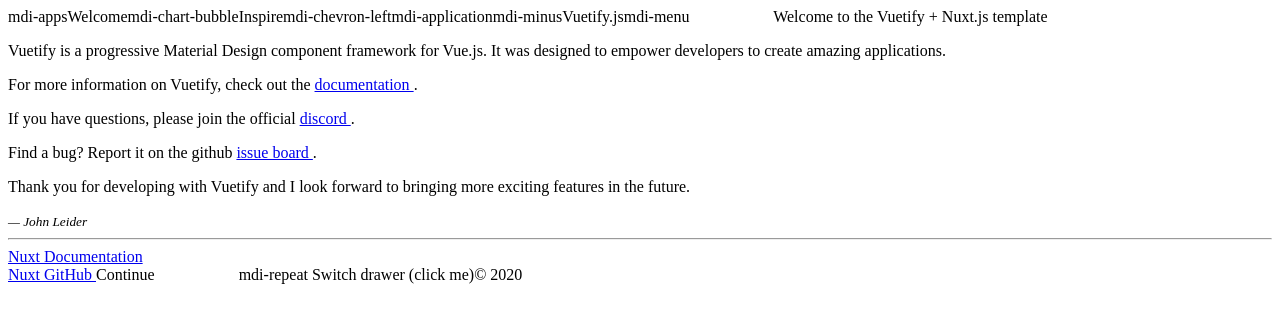
Repository: Natanhel/WhatZapp
Page: /
The author's editor kept a copy of each file at every save. The page is drawn from the files as they stood at one save, then again after the next save.
The browser window is 1280 px wide. The pictures show the whole page.
The project was rebuilt for these pictures with package versions that can differ from the ones it lists, and the page was loaded fresh each time. The framework's server and built-in components were replaced by stand-ins that run in the browser. Also part of the build but not shown: layouts/error.vue.

Above is the page before, as saved 2020-04-01 15:04:30.

After the next save:
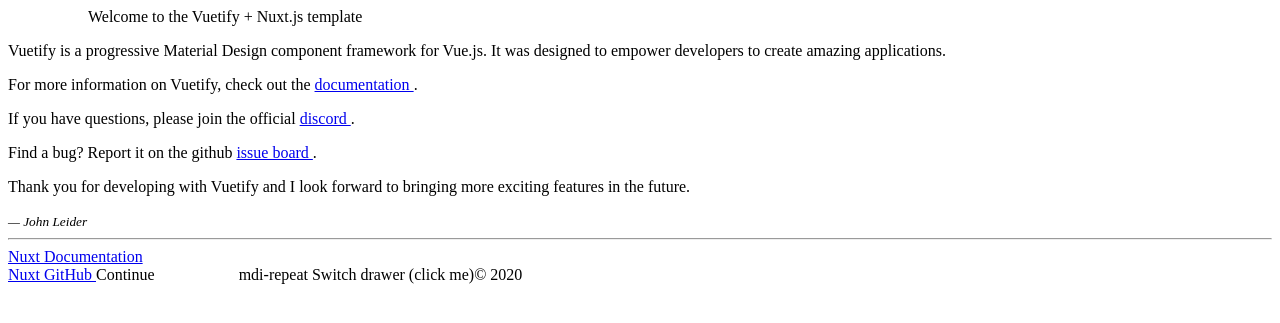
Saved 29 s later.
--- a/layouts/default.vue
+++ b/layouts/default.vue
@@ -1,62 +1,5 @@
 <template>
   <v-app dark>
-    <v-navigation-drawer
-      v-model="drawer"
-      :mini-variant="miniVariant"
-      :clipped="clipped"
-      fixed
-      app
-    >
-      <v-list>
-        <v-list-item
-          v-for="(item, i) in items"
-          :key="i"
-          :to="item.to"
-          router
-          exact
-        >
-          <v-list-item-action>
-            <v-icon>{{ item.icon }}</v-icon>
-          </v-list-item-action>
-          <v-list-item-content>
-            <v-list-item-title v-text="item.title" />
-          </v-list-item-content>
-        </v-list-item>
-      </v-list>
-    </v-navigation-drawer>
-    <v-app-bar
-      :clipped-left="clipped"
-      fixed
-      app
-    >
-      <v-app-bar-nav-icon @click.stop="drawer = !drawer" />
-      <v-btn
-        icon
-        @click.stop="miniVariant = !miniVariant"
-      >
-        <v-icon>mdi-{{ `chevron-${miniVariant ? 'right' : 'left'}` }}</v-icon>
-      </v-btn>
-      <v-btn
-        icon
-        @click.stop="clipped = !clipped"
-      >
-        <v-icon>mdi-application</v-icon>
-      </v-btn>
-      <v-btn
-        icon
-        @click.stop="fixed = !fixed"
-      >
-        <v-icon>mdi-minus</v-icon>
-      </v-btn>
-      <v-toolbar-title v-text="title" />
-      <v-spacer />
-      <v-btn
-        icon
-        @click.stop="rightDrawer = !rightDrawer"
-      >
-        <v-icon>mdi-menu</v-icon>
-      </v-btn>
-    </v-app-bar>
     <v-content>
       <v-container>
         <nuxt />
